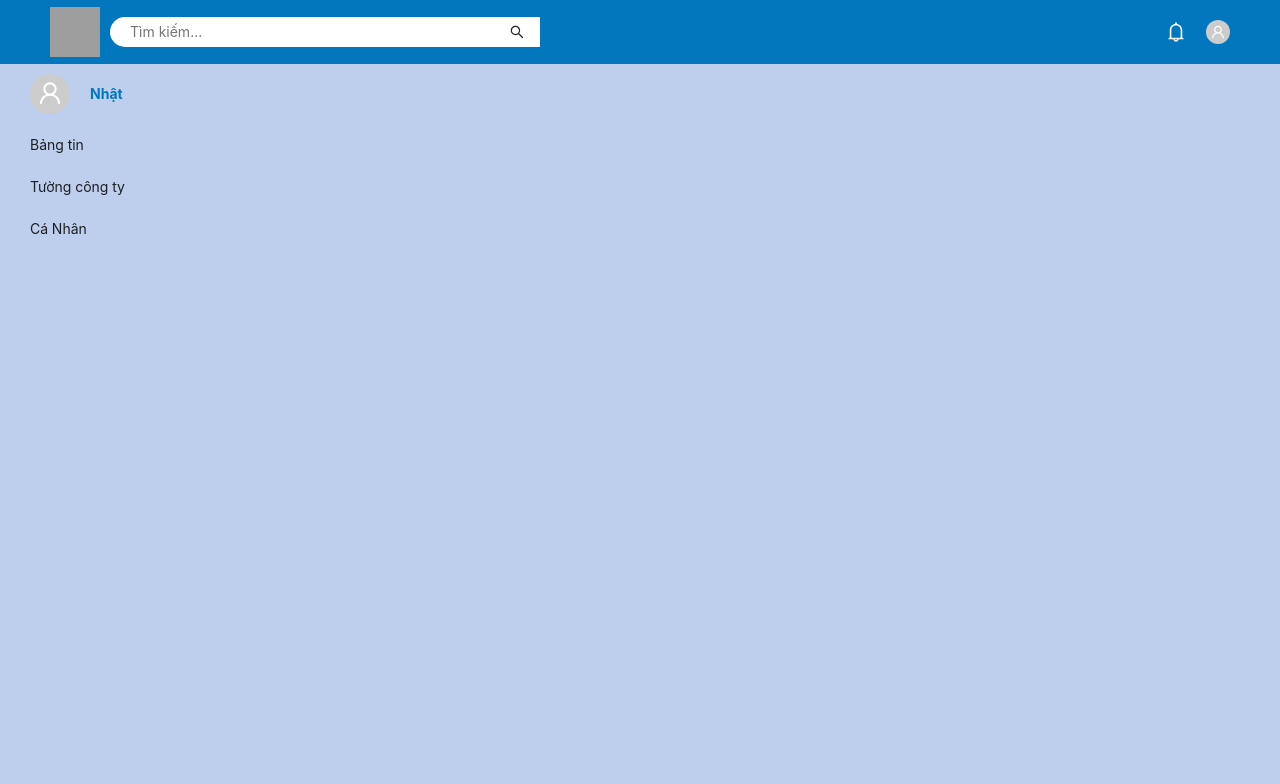
Repository: baonhat27/SocialNetwork_FE
Page: /home
These files come from the project's save history. The page is drawn as it stood at one moment and after a run of saves; the edit follows.
The browser window is 1280 px wide. The pictures show the whole page.
Pictures or frames that could not be fetched are drawn as grey boxes. The project was rebuilt for these pictures with package versions that can differ from the ones it lists, and the page was loaded fresh each time. Also part of the build but not shown: src/containers/home/component/HomeComponent.module.css, src/containers/loginPage/component/LoginPageComponent.module.css, src/components/Input/Input.module.css, src/components/Input/Input.js, src/components/Button/Button.module.css, src/components/Button/Button.js, src/containers/loginPage/component/LoginPageComponent.js, src/containers/loginPage/LoginPageContainer.js.

Above is the page before, as saved 2022-03-09 22:17:09.

### public/index.html
<!DOCTYPE html>
<html lang="en">
  <head>
    <meta charset="utf-8" />
    <link rel="icon" href="%PUBLIC_URL%/favicon.ico" />
    <meta name="viewport" content="width=device-width, initial-scale=1" />
    <meta name="theme-color" content="#000000" />
    <meta
      name="description"
      content="Web site created using create-react-app"
    />
    <link rel="apple-touch-icon" href="%PUBLIC_URL%/logo192.png" />
    <!--
      manifest.json provides metadata used when your web app is installed on a
      user's mobile device or desktop. See https://developers.google.com/web/fundamentals/web-app-manifest/
    -->
    <link rel="manifest" href="%PUBLIC_URL%/manifest.json" />
    <!--
      Notice the use of %PUBLIC_URL% in the tags above.
      It will be replaced with the URL of the `public` folder during the build.
      Only files inside the `public` folder can be referenced from the HTML.

      Unlike "/favicon.ico" or "favicon.ico", "%PUBLIC_URL%/favicon.ico" will
      work correctly both with client-side routing and a non-root public URL.
      Learn how to configure a non-root public URL by running `npm run build`.
    -->
    <title>Social network</title>
  </head>
  <body>
    <noscript>You need to enable JavaScript to run this app.</noscript>
    <div id="root"></div>
    <!--
      This HTML file is a template.
      If you open it directly in the browser, you will see an empty page.

      You can add webfonts, meta tags, or analytics to this file.
      The build step will place the bundled scripts into the <body> tag.

      To begin the development, run `npm start` or `yarn start`.
      To create a production bundle, use `npm run build` or `yarn build`.
    -->
  </body>
</html>

### src/index.js
import React from 'react';
import ReactDOM from 'react-dom';
import './index.css';
import App from './App';
import 'antd/dist/antd.min.css'
import reportWebVitals from './reportWebVitals';
import { BrowserRouter } from 'react-router-dom';

ReactDOM.render(
  <React.StrictMode>
    <BrowserRouter>
      <App />
    </BrowserRouter>
  </React.StrictMode>,
  document.getElementById('root')
);

// If you want to start measuring performance in your app, pass a function
// to log results (for example: reportWebVitals(console.log))
// or send to an analytics endpoint. Learn more: https://bit.ly/CRA-vitals
reportWebVitals();

### src/App.js
import { Route,Switch } from 'react-router-dom';
import './App.css';
import HeaderContainer from './containers/header/HeaderContainer';
import HomeContainer from './containers/home/HomeContainer';
import LoginPageContainer from './containers/loginPage/LoginPageContainer';
function App() {
  return (
    <div className="App">
      <Switch>
        <Route path='/login'>
          <LoginPageContainer/>
        </Route>
        <Route path="/home">
            <HeaderContainer/>
            <HomeContainer/>
        </Route>
      </Switch>
    </div>
  );
}

export default App;

### src/containers/header/HeaderContainer.js
import React from 'react';
import HeaderComponent from './component/HeaderComponent';

const HeaderContainer = () => {
    return (
        <HeaderComponent></HeaderComponent>
    );
};

export default HeaderContainer;

### src/containers/home/HomeContainer.js
import HomeComponent from "./component/HomeComponent"
import React from 'react';

const HomeContainer = () => {
    return (
        <div>
            <HomeComponent/>
        </div>
    );
};

export default HomeContainer;

### src/containers/header/component/HeaderComponent.js
import React from 'react';
import { Layout} from "antd";
import { Avatar } from 'antd';
import { UserOutlined, BellOutlined  } from '@ant-design/icons';
import styles from "./header.module.css"
import Search from '../../../components/Search/Search';


const { Header } = Layout;


const HeaderComponent = () => {
    return (
        <Header className={styles.header}>
            <div class={styles.header_left}>
                <img className={styles.img_logo}
                    src='https://images.yourstory.com/cs/images/companies/484073261089321671237850235461832427438080n-1609922812339.png'
                />
                <Search/>
            </div>
            <div class={styles.header_right}>
                <BellOutlined
                    style={{fontSize: '20px', color:'white'}}
                />
                <Avatar size="small" icon={<UserOutlined />} style={{marginLeft: 20,marginRight: 0}} />
            </div>
        </Header>
    );
};

export default HeaderComponent;

### src/containers/home/component/HomeComponent.js
import styles from "./HomeComponent.module.css"
import React from "react";
import { Layout, Avatar } from "antd";
import SiderContainer from "../../sider/SiderContainer";
import ContentContainer from "../../content/ContentContainer";

const {  Content } = Layout;

const HomeComponent = (props) => {
    return (
        <>
            <SiderContainer/>
            <ContentContainer/>
        </>

    );
};

export default HomeComponent;

### src/containers/header/component/header.module.css
.header{
    background-color: #0277bd !important;
    display: flex;
    justify-content: space-between;
    align-items: center;
}
.header_left{
    display: flex;
    align-items: center;
}
.header_right{
    display: flex;
    align-items: center;
}
.search {
    margin-left: 50px;
    width: 400px !important;
}
.img_logo{
    width: 50px;
    height: 50px;
    background-size: cover;
}

### src/components/Search/Search.js
import React from 'react';
import './Search.css'
import { SearchOutlined } from '@ant-design/icons';

const Search = () => {
    return (
    <>
        <input
            placeholder='Tìm kiếm...'
            className='inputSearch'
        />
        <SearchOutlined
            className='iconSearch'
        />

    </>
    );
};

export default Search;

### src/containers/sider/SiderContainer.js
import React from 'react';
import SiderComponent from './component/SiderComponent';

const SiderContainer = () => {
    return (
        <SiderComponent>

        </SiderComponent>
    );
};

export default SiderContainer;

### src/containers/content/ContentContainer.js
import React from 'react';
import ContentComponent from './component/ContentComponent';

const ContentContainer = () => {
    return (
        <ContentComponent>

        </ContentComponent>
    );
};

export default ContentContainer;

### src/components/Search/Search.css
.inputSearch{
    border: none;
    border-top-left-radius: 20px;
    border-bottom-left-radius: 20px;
    width: 400px;
    height: 30px;
    margin-left: 10px;
    padding-left: 20px;
}
.iconSearch{

    background-color: white;
    height: 30px;
    width: 30px;
    display: flex;
    padding: 8px 0px;
}
.iconSearch:hover{
    cursor: pointer;
}

### src/containers/sider/component/SiderComponent.js
import React from 'react';
import styles from './Sider.module.css'
import {  Avatar } from "antd";
import { UserOutlined } from "@ant-design/icons";


const SiderComponent = (props) => {
    return (
        <div className={styles.sider}>
            <div className={`${styles.user_info} ${styles.sider_item}`}>
                    <Avatar size="large" icon={<UserOutlined/>}></Avatar>
                    <div className={styles.user_name}> Nhật</div>
            </div>
            <div className={styles.sider_item}>
                Bảng tin
            </div>
            <div className={styles.sider_item}>Tường công ty</div>
            <div className={styles.sider_item}>Cá Nhân</div>
        </div>
    );
};

export default SiderComponent;

### src/containers/content/component/ContentComponent.js
import React from 'react';
import styles from "./ContentComponent.module.css"

const ContentComponent = () => {
    return (
        <div className={styles.a}>

        </div>
    );
};

export default ContentComponent;

### src/containers/sider/component/Sider.module.css
.sider{
    background-color: #bdcfec !important;
    height: 100vh;
    display: flex;
    width: 100%;
    display: flex;
    flex-direction: column;
}
.sider_item{
    margin: 10px 0px 10px 30px;
}
.sider_item:hover{
    cursor: pointer;
    opacity: 75%;
    background-color: #0277bd;
}
.user_info{
    display: flex;
}
.user_name{
    margin-left: 20px;
    color: #0277bd;
    font-weight: 700;
    display: flex;
    align-items: center;
}

### src/containers/content/component/ContentComponent.module.css
.a{
    background-color: red;
    width: 500px;
}

Loaded but not shown: src/index.css (common file); src/reportWebVitals.js (common file); src/App.css (no stored copy; drawn as an empty file)

After the next 3 saves:
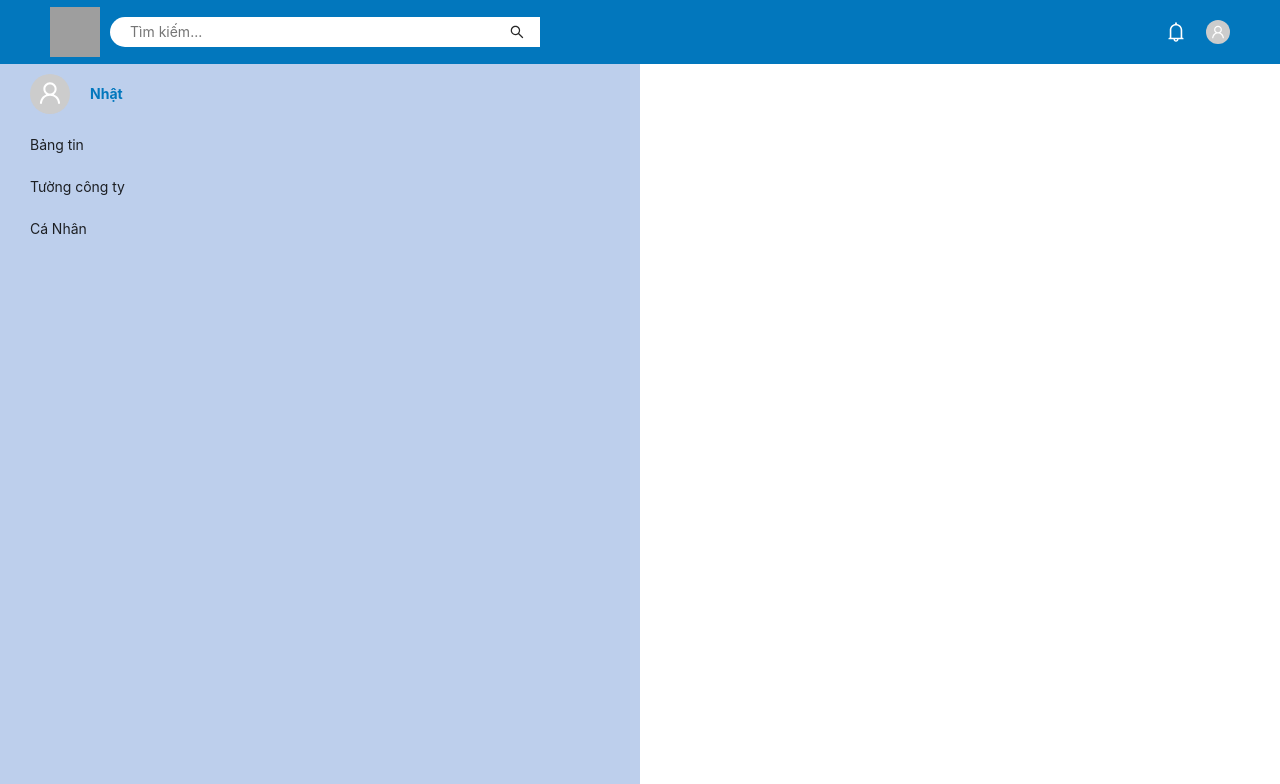
The 3 saves are shown as one change because they came seconds apart.
The last was saved 13 s later.
--- a/src/containers/sider/component/Sider.module.css
+++ b/src/containers/sider/component/Sider.module.css
@@ -2,7 +2,7 @@
     background-color: #bdcfec !important;
     height: 100vh;
     display: flex;
-    width: 100%;
+    width: 50%;
     display: flex;
     flex-direction: column;
 }
